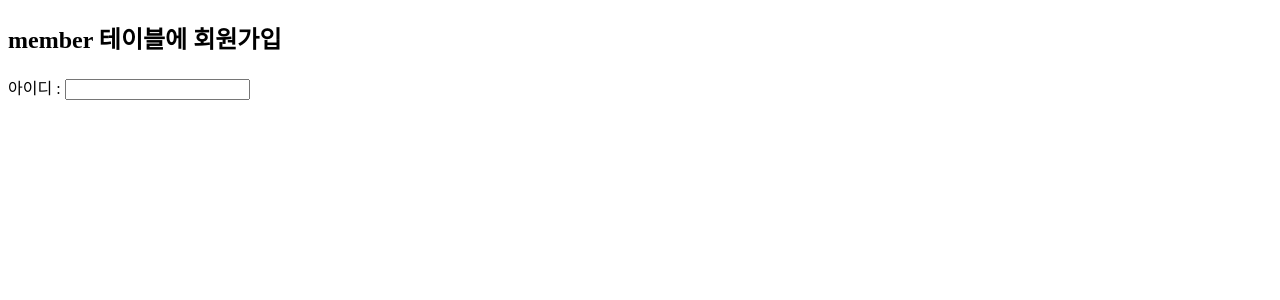
Repository: hyodaeun/JSP_Study
Page: http://localhost/Chapter11/insertForm.jsp
The author's editor kept a copy of each file at every save. The page is drawn from the files as they stood at one save, then again after the next save.
The browser window is 1280 px wide. The pictures show the whole page.
The page is served by Tomcat 9.

Above is the page before, as saved 2019-09-08 23:49:20.

### Chapter11/WebContent/insertForm.jsp
<%@ page language="java" contentType="text/html; charset=UTF-8"
    pageEncoding="UTF-8"%>
<!DOCTYPE html>
<html>
<head>
<meta charset="UTF-8">
<title>Insert title here</title>
</head>
<body>
<h2>member 테이블에 회원가입</h2>

<form action="insertProc.jsp" method="post">
아이디 : <input type="text" name="id"><br>
</form>
</body>
</html>

After the next save:
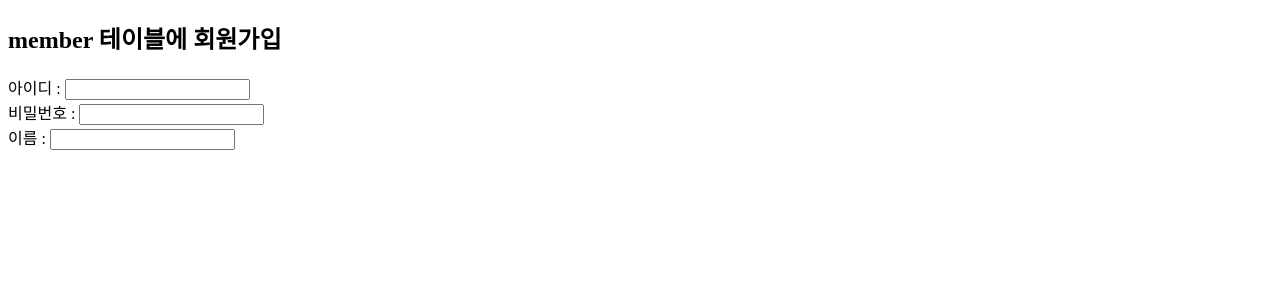
Saved 2 min 1 s later.
--- a/Chapter11/WebContent/insertForm.jsp
+++ b/Chapter11/WebContent/insertForm.jsp
@@ -11,6 +11,8 @@
 
 <form action="insertProc.jsp" method="post">
 아이디 : <input type="text" name="id"><br>
+비밀번호 : <input type="password" name="passwd"><br>
+이름 : <input type="text" name="name"><br>
 </form>
 </body>
 </html>
